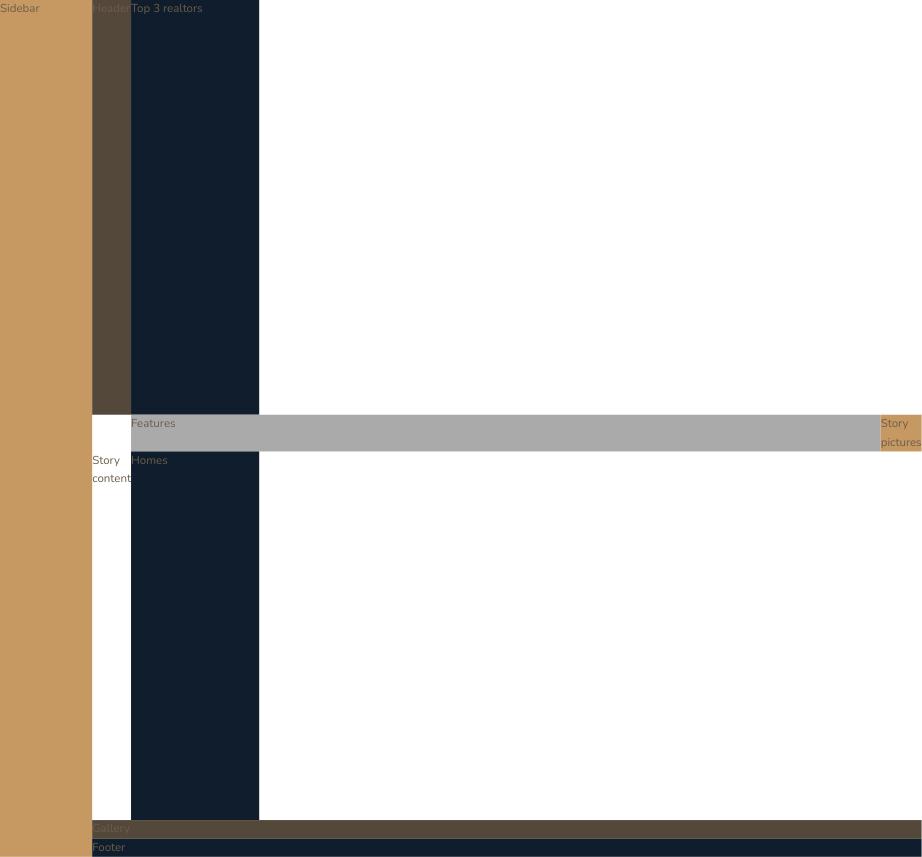
Repository: achwesiuk/nexter
Page: index.html
These files come from the project's save history. The page is drawn as it stood at one moment and after the next save; the edit follows.
The browser window is 1280 px wide. The pictures show the whole page, at 72% of full size.
The style sheet was rebuilt from its Sass, Less or Tailwind sources for each picture, by a compiler version that may differ from the author's.

Above is the page before, as saved 2021-02-19 13:05:26.

### index.html
<!DOCTYPE html>
<html lang="en">
    <head>
        <meta charset="UTF-8">
        <meta name="viewport" content="width=device-width, initial-scale=1.0">
        <meta http-equiv="X-UA-Compatible" content="ie=edge">

        <link href="https://fonts.googleapis.com/css?family=Josefin+Sans:300,400,400i|Nunito:300,300i" rel="stylesheet">
        <link rel="stylesheet" href="css/style.css">
        <link rel="shortcut icon" type="image/png" href="img/favicon.png">

        <title>nexter &mdash; your home, your freedom</title>
    </head>
    <body class="container">
        <div class="sidebar">
            Sidebar
        </div>

        <header class="header">
            Header
        </header>

        <div class="realtors">
            Top 3 realtors
        </div>

        <section class="features">
            Features
        </section>

        <div class="story__pictures">
            Story pictures
        </div>

        <div class="story__content">
            Story content
        </div>

        <section class="homes">
            Homes
        </section>

        <section class="gallery">
            Gallery
        </section>

        <footer>
            Footer
        </footer>
    </body>
</html>

### sass/main.scss
@import "base";
@import "typography";

@import "sidebar";
@import "header";
@import "realtors";
@import "features";
@import "story";
@import "homes";
@import "gallery";
@import "footer";

### sass/_base.scss
// COLOR VARIABLES
$color-primary: #c69963;
$color-primary-dark: #B28451;

$color-secondary: #101d2c;

$color-grey-light-1: #f9f7f6;
$color-grey-light-2: #aaa;

$color-grey-dark-1: #54483A;
$color-grey-dark-2: #6D5D4B;

// FONT VARIABLES
$font-primary: 'Nunito', sans-serif;
$font-display: 'Josefin Sans', sans-serif;

*,
*::before,
*::after {
    margin: 0;
    padding: 0;
    -webkit-box-sizing: inherit;
            box-sizing: inherit; //dziedziczy po HTML
}

.html {
    -webkit-box-sizing: border-box;
            box-sizing: border-box;
    font-size: 62.5%; // 10px / 16px = 62.5% -> 1rem = 10px
}

body {
    font-family: $font-primary;
    color: $color-grey-dark-2;
    font-weight: 300;
    line-height: 1.6;
}

.container {
    display: grid;
    grid-template-rows: 80vh min-content 40vw repeat(3, min-content); // 1.wiersz - wysokość wiersza jest wartością procentową vh; jest to siatka jawna z jednym wierszem, pozostałe elementy będą dodane w siatce niejawnej (elementy, które nie mają miejsca w siatce jawnej)
    // 2. wiersz - wysokość wiersza uzależniona od zawartej w nim treści
    // 2. auto - domyślne, jeżeli nic nie będzie określone; również dopasowuje się do treści
    // 3. wiersz - wiersz uzależniony od szerokości układu (podczas zmiany szerokości widoku zmieniają się wymiary wiersza - zwęża się, rośnie)
    // 4, 5, 6 - wysokość wiersza uzależnione od jego zawartości
    grid-template-columns: [sidebar-start] 8rem [sidebar-end full-start] 1fr [center-start] repeat(8, [col-start] minmax(min-content, 14rem) [col-end]) [center-end] 1fr [full-end];
}

### sass/_sidebar.scss
.sidebar {
    background-color: $color-primary;
    grid-column: sidebar-start / sidebar-end;
    grid-row: 1 / -1;
}

### sass/_header.scss
.header {
    background-color: $color-grey-dark-1;
}

### sass/_realtors.scss
.realtors {
    background-color: $color-secondary;
}

### sass/_features.scss
.features {
    background-color: $color-grey-light-2;
    grid-column: center-start / center-end;
}

### sass/_story.scss
.story {

    &__pictures {
        background-color: $color-primary;
    }

    &__ content {
        background-color: $color-grey-light-1;
    }
}

### sass/_homes.scss
.homes {
    background-color: $color-secondary;
}

### sass/_gallery.scss
.gallery {
    background-color: $color-grey-dark-1;
    grid-column: full-start / full-end;
}

### sass/_footer.scss
footer {
    background-color: $color-secondary;
    grid-column: full-start / full-end;
}

Loaded but not shown: sass/_typography.scss (no stored copy; drawn as an empty file)

After the next save:
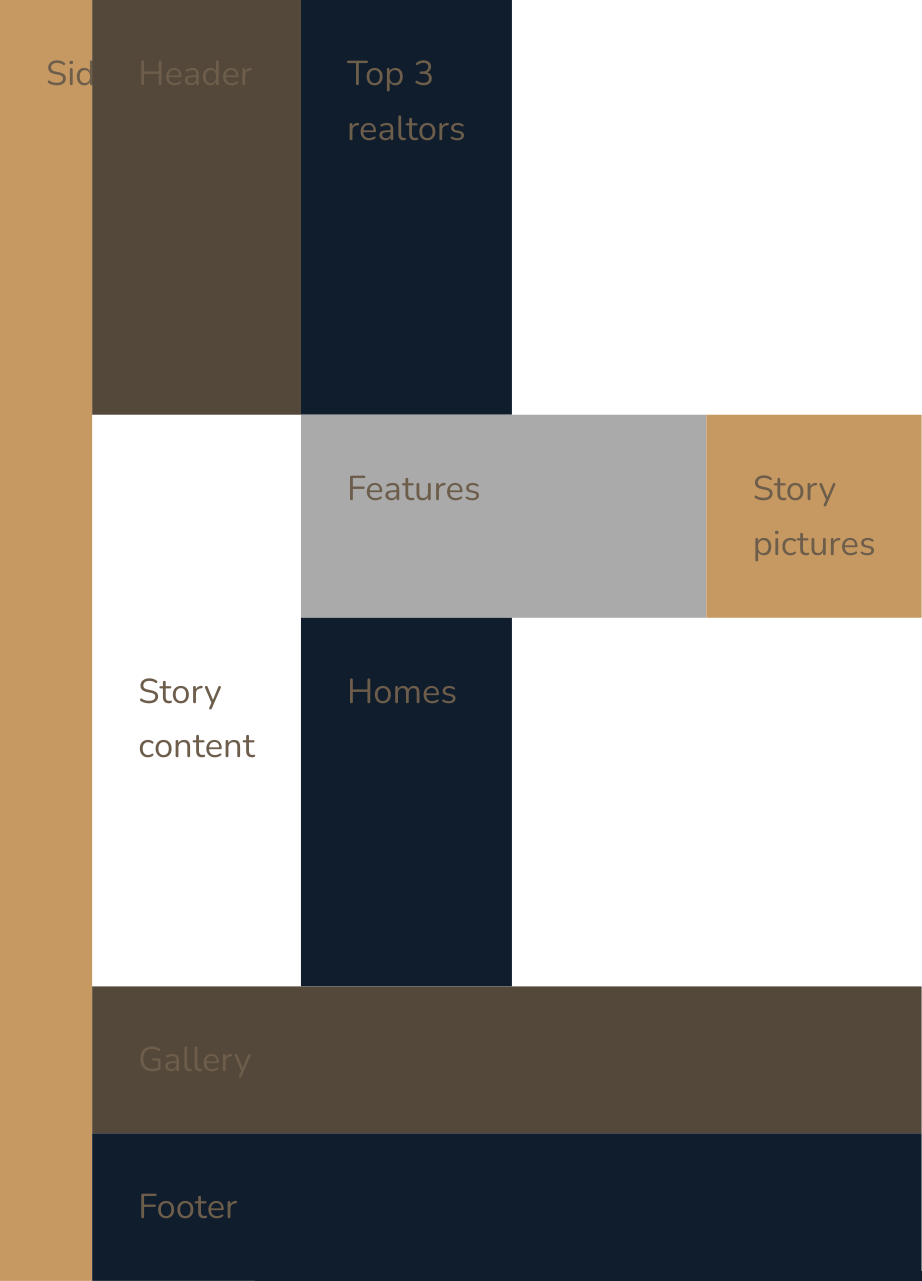
Saved 114 s later.
--- a/sass/_base.scss
+++ b/sass/_base.scss
@@ -44,4 +44,9 @@
     // 3. wiersz - wiersz uzależniony od szerokości układu (podczas zmiany szerokości widoku zmieniają się wymiary wiersza - zwęża się, rośnie)
     // 4, 5, 6 - wysokość wiersza uzależnione od jego zawartości
     grid-template-columns: [sidebar-start] 8rem [sidebar-end full-start] 1fr [center-start] repeat(8, [col-start] minmax(min-content, 14rem) [col-end]) [center-end] 1fr [full-end];
+
+    & > * { // wszystkie bezpośrednie dzieci
+        padding: 4rem;
+        font-size: 3rem;
+    }
 }
